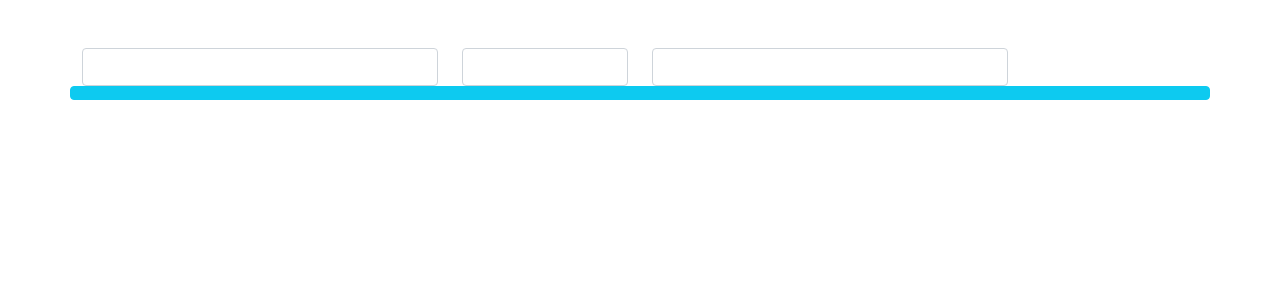
Repository: Ahmedalid/testing
Page: test.html
The author's editor kept a copy of each file at every save. The page is drawn from the files as they stood at one save, then again after a run of saves.
The browser window is 1280 px wide. The pictures show the whole page.

Above is the page before, as saved 2023-06-24 17:50:35.

After the next 2 saves:
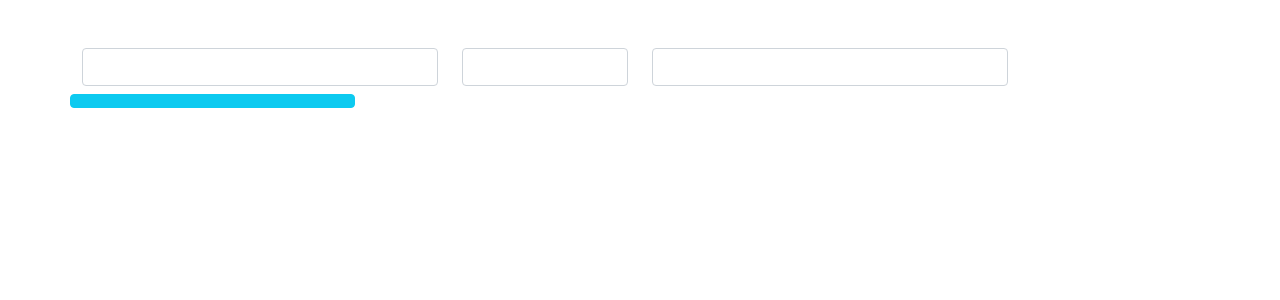
The 2 saves are shown as one change because they came seconds apart.
The last was saved 8 s later.
--- a/test.html
+++ b/test.html
@@ -45,7 +45,7 @@
             <input type="number" class="form-control" id="number2" name="" >
             <!-- <button class="btn btn-info my-2 w-25" onclick="sayhello()">hell</button> -->
         </div>
-        <button class="btn btn-info my-"></button>
+        <button class="btn btn-info my-2 w-25 "></button>
         <div id="print" class="text-center"></div>
     </div>
   </div>
